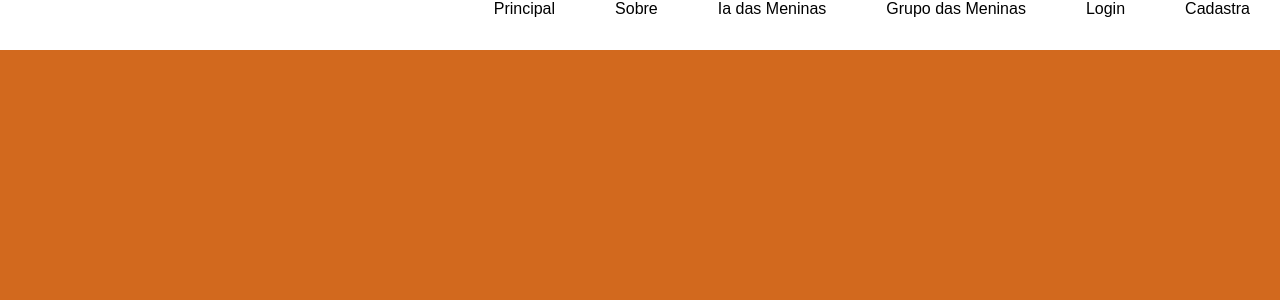
Repository: joaobatistafrontend/pref
Page: http://localhost/
The author's editor kept a copy of each file at every save. The page is drawn from the files as they stood at one save, then again after a run of saves.
The browser window is 1280 px wide. The pictures show the whole page.
The pointer rests on the first visible `nav a`.
The page is served by the project's application, run on Django 4.2 (manage.py). Other server files are loaded and not shown.

Above is the page before, as saved 2024-07-26 14:55:17.

### templates/index.html
{% load  static %}
<!DOCTYPE html>
<html lang="en">
<head>
    <meta charset="UTF-8">
    <meta name="viewport" content="width=device-width, initial-scale=1.0">
    <title>Document</title>

    {% load static %}
    <link rel="stylesheet" href="{% static 'css/index.css' %}"></head>
<body>
        <nav>
            <ul>
                <li><a href="">Principal</a></li>
                <li><a href="">Sobre</a></li>
                <li><a href="">Ia das Meninas</a></li>
                <li><a href="">Grupo das Meninas</a></li>
                <li><a href="">Login</a></li>
                <li><a href="">Cadastra</a></li>
            </ul>
        </nav>
</body>
</html>

### chat_app/views.py
#https://espere.in/Build-your-chatbot-with-the-power-of-Gemini-API-using-Django/
from django.shortcuts import render, reverse
from django.contrib.auth.decorators import login_required
from .models import ChatBot
from django.http import HttpResponseRedirect, JsonResponse
import google.generativeai as genai
from .treinamentos import contexto_inicial, contexto_de_estudos
#chave api
genai.configure(api_key="AIzaSyCkg2khwEkqTQ7kYa8gVzsz2bWWpweUEO8")


@login_required
def ask_question(request):
    if request.method == "POST":
        text = request.POST.get("text")#receber o texto do user
        model = genai.GenerativeModel("gemini-pro")#modelo da ia

        chat = model.start_chat()#iniciar um chat

        #receber o texto do usuario como parametro
        response = chat.send_message(f"O assunto que vamos conversar é sobre responder perguntas frequentes e prestar suporte a assuntos relacionados às políticas públicas voltadas para as mulheres. Tenha conhecimento e forneça aconselhamento acessível para o {user}. Use as seguintes leis e contextos para ajudar: {contexto_inicial} e {contexto_de_estudos}. Foque em dados do Ceará. Mantenha o foco em responder perguntas frequentes e prestar suporte a assuntos relacionados às políticas públicas voltadas para as mulheres."
)
        user = request.user #ususario
        ChatBot.objects.create(text_input=text, gemini_output=response.text, user=user)#criar um batepapo

        response_data = {#extrair apenas a resposta
            "text": response.text,  #tranforma a resposta em texto
        }
        return JsonResponse({"data": response_data})
    else:
        return HttpResponseRedirect(
            reverse("chat")
        )


@login_required
def chat(request):
    user = request.user #saber o user autenticado
    chats = ChatBot.objects.filter(user=user)
    return render(request, "chat_bot.html", {"chats": chats})

def index(request):

    return render(request, "index.html")

### chatbot/urls.py

from django.contrib import admin
from django.urls import path, include

urlpatterns = [
    path('admin/', admin.site.urls),
    path('', include('chat_app.urls'))
]

### chat_app/urls.py

from django.contrib import admin
from django.urls import path, include
from . import views

urlpatterns = [
    path("", views.index, name="index"),
    path("ask_question/", views.ask_question, name="ask_question"),
]

### chat_app/treinamentos.py
#visão geral das políticas públicas para mulheres no Brasil
contexto_inicial = (
    "1. Visão Geral: As políticas públicas para as mulheres no Brasil têm evoluído ao longo dos anos, refletindo mudanças nas normas sociais, avanços no movimento feminista e maior reconhecimento dos direitos das mulheres.\n\n"

    "2. Marcos Históricos:\n"
    "* Criação do Conselho Nacional dos Direitos da Mulher (CNDM) em 1985.\n"
    "* Aprovação da Lei do Divórcio (Lei 6.515/1977) e da Lei dos Crimes Hediondos (Lei 8.072/1990), que incluía o feminicídio como crime hediondo.\n"
    "* Aprovação da Lei de Igualdade Salarial (Lei 7.855/1989).\n"
    "* Criação das Delegacias de Defesa da Mulher.\n\n"

    "3. Leis e Programas Recentes:\n"
    "* Aprovação da Lei Maria da Penha em 2006.\n"
    "* Criação do Programa Bolsa Família em 2003.\n"
    "* Criação do Programa de Assistência Integral à Saúde da Mulher (PAISM).\n"
    "* Política Nacional de Enfrentamento à Violência contra as Mulheres.\n\n"

    "4. Outras Iniciativas Importantes:\n"
    "* Lei de Cotas para Mulheres em Eleições em 1997.\n"
    "* Criação do Programa Pronatec Mulheres em 2011.\n"
    "* Aprovação da Lei do Feminicídio (Lei 13.104/2015).\n\n"

    "5. Medidas Recentes:\n"
    "* Lei da Importunação Sexual (Lei 13.718/2018).\n"
    "* Criação do Ligue 180 em 2013.\n"
    "* Plano Nacional de Políticas para as Mulheres (PNPM).\n"
    "* Política Nacional de Saúde Mental e Direitos das Mulheres.\n"
    "* Medidas para Promover a Igualdade de Gênero no Mercado de Trabalho.\n\n"
)

contexto_de_estudos = (
    "1. Legislação e Normas:\n"
    "  * Leis federais e estaduais: Lei Maria da Penha, Lei do Feminicídio, etc.\n"
    "  * Decretos e portarias.\n"
    "  * Normas técnicas.\n\n"

    "2. Programas e Iniciativas:\n"
    "  * Programas governamentais.\n"
    "  * Iniciativas de ONGs.\n\n"

    "3. Serviços Disponíveis:\n"
    "  * Centros de Atendimento.\n"
    "  * Telefones de Emergência.\n\n"

    "4. Estatísticas e Estudos:\n"
    "  * Dados estatísticos.\n"
    "  * Estudos e pesquisas.\n\n"

    "5. Direitos e Benefícios:\n"
    "  * Direitos das mulheres.\n"
    "  * Benefícios sociais.\n\n"

    "6. Processos e Procedimentos:\n"
    "  * Como acessar serviços.\n"
    "  * Procedimentos legais.\n\n"

    "7. Educação e Capacitação:\n"
    "  * Cursos e treinamentos.\n"
    "  * Campanhas educativas.\n\n"

    "8. Informações Regionais:\n"
    "  * Especificidades locais.\n\n"

    "Fontes de Dados:\n"
    "  * Sites oficiais do governo.\n"
    "  * Organizações internacionais.\n"
    "  * Instituições de pesquisa.\n"
    "  * Documentos legais.\n"
)

### static/css/index.css
*{
    margin: 0;
    padding: 0;
    font-family:sans-serif;
}
body{
    height: 100vh;
    background-color: chocolate;
    /* background: linear-gradient(transparent, #213444); */
    font-family: Arial, Helvetica, sans-serif;

}
nav{
    background-color: #fff;
}

nav ul{
    width: 100%;
    list-style: none;
    display: flex;
    justify-content: flex-end;
    align-items: center;
}
nav li{
    height: 50px;
}
nav a {
    height: 100%;
    padding: 0 30px;
    text-decoration: none;
    display: flex;
    align-self: center;
    color: #000;
}

After the next 9 saves:
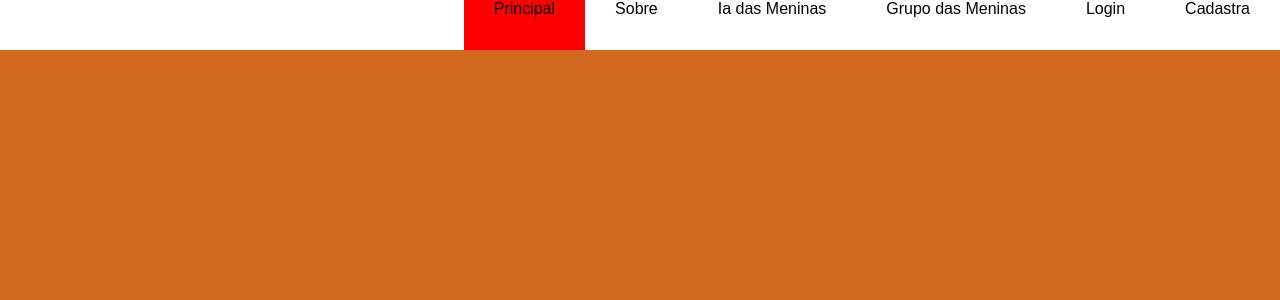
The 9 saves are shown as one change because they came seconds apart.
The last was saved 40 s later.
--- a/static/css/index.css
+++ b/static/css/index.css
@@ -32,3 +32,6 @@
     align-self: center;
     color: #000;
 }
+nav a:hover{
+    background-color: red;
+}
